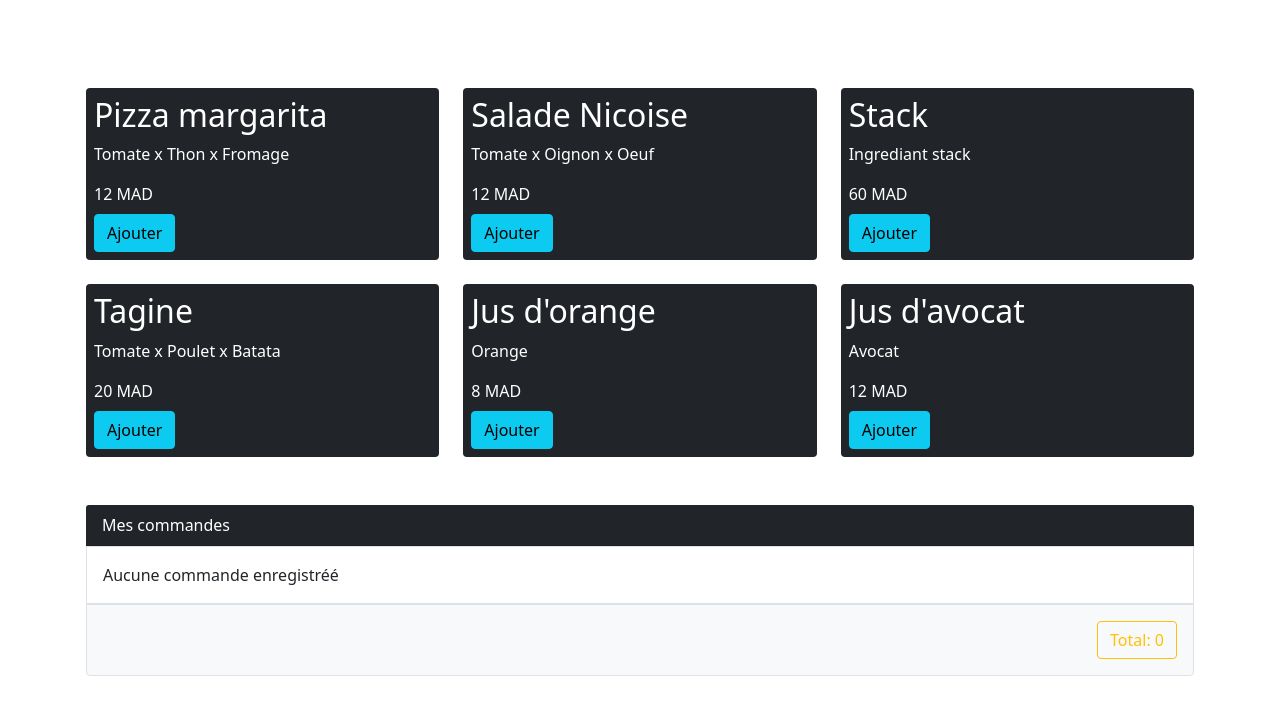
Repository: FS-23/my-restaurant
Page: /
The author's editor kept a copy of each file at every save. The page is drawn from the files as they stood at one save, then again after the next save.
The browser window is 1280 px wide. The pictures show the whole page.
The project was rebuilt for these pictures with package versions that can differ from the ones it lists, and the page was loaded fresh each time.

Above is the page before, as saved 2022-04-29 14:46:48.

After the next save:
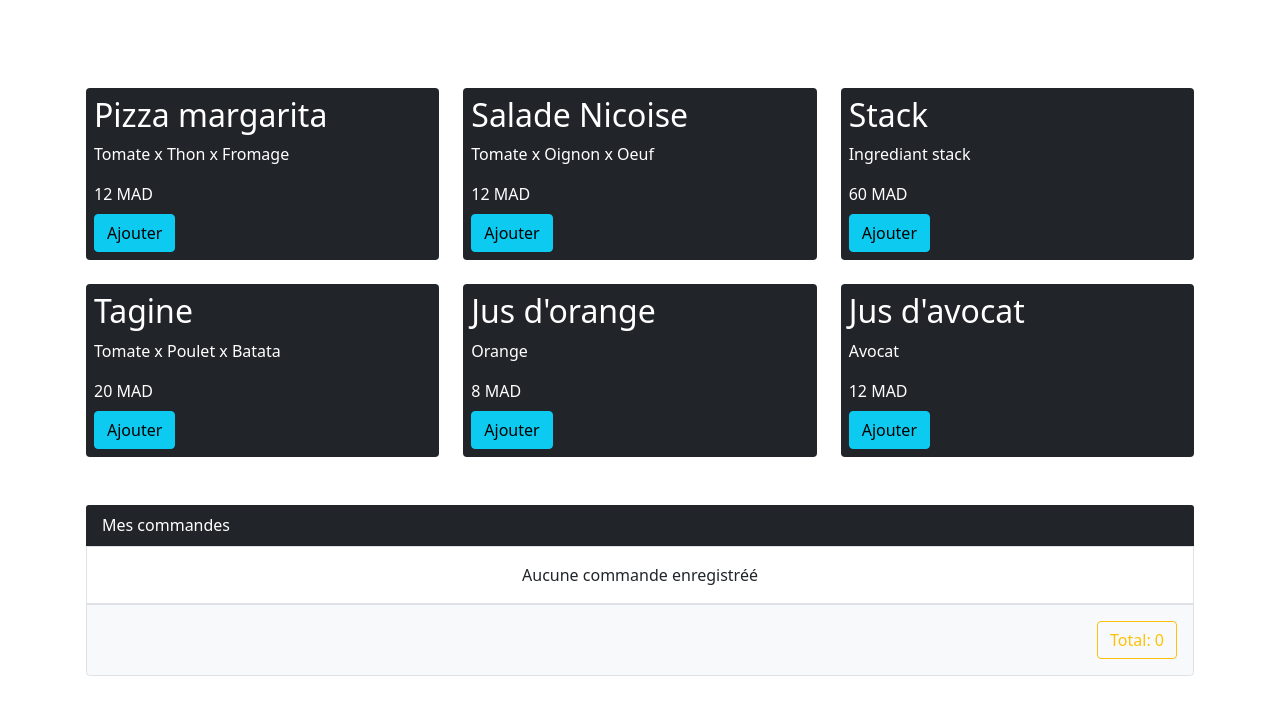
Saved 32 s later.
--- a/src/components/Menu.js
+++ b/src/components/Menu.js
@@ -50,7 +50,7 @@ function Menu(){
                  <div className="card-header bg-dark text-white">Mes commandes</div>
                   <div className="card-body border row m-0">
                     {
-                       orders.length == 0 ? "Aucune commande enregistréé" : orders.map((menu , index) =>  <CommandeComponent key={index} plat={menu} />)
+                       orders.length == 0 ? <div class="text-center">Aucune commande enregistréé</div> : orders.map((menu , index) =>  <CommandeComponent key={index} plat={menu} />)
                     }
                   </div>
                   <div className="modal-footer border bg-light ">
